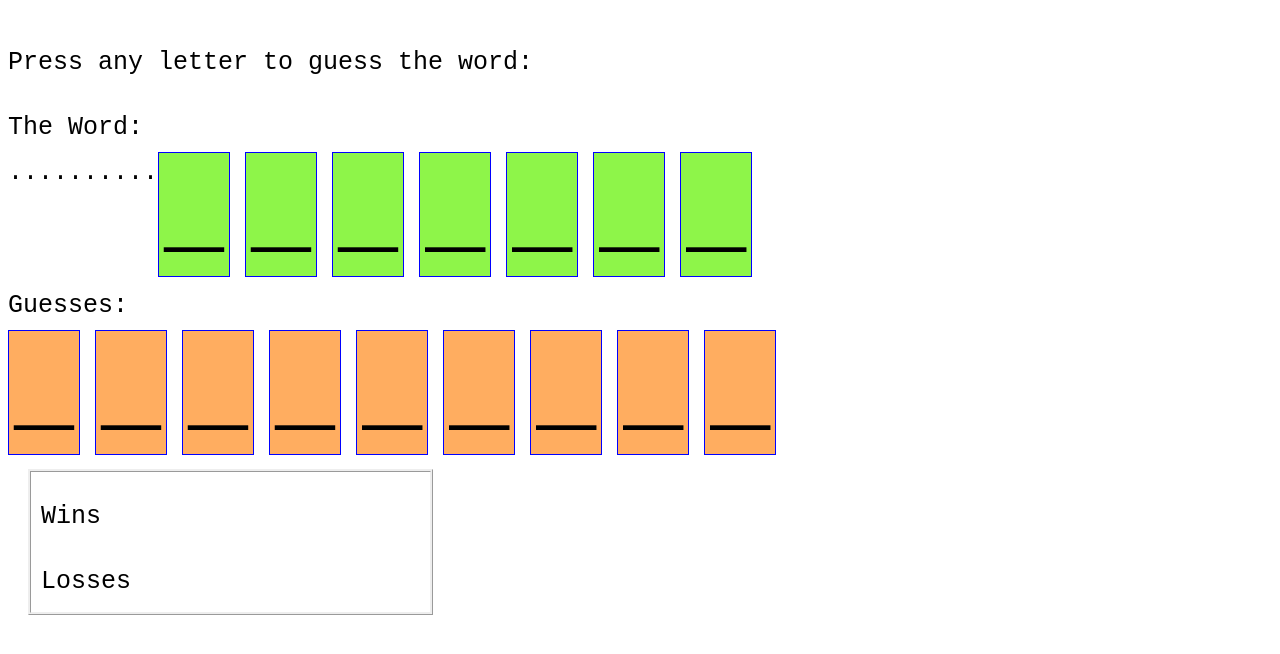
Repository: dsaftler/JavaScript
Page: index.html
The author's editor kept a copy of each file at every save. The page is drawn from the files as they stood at one save, then again after the next save.
The browser window is 1280 px wide. The pictures show the whole page.

Above is the page before, as saved 2019-03-30 22:53:42.

After the next save:
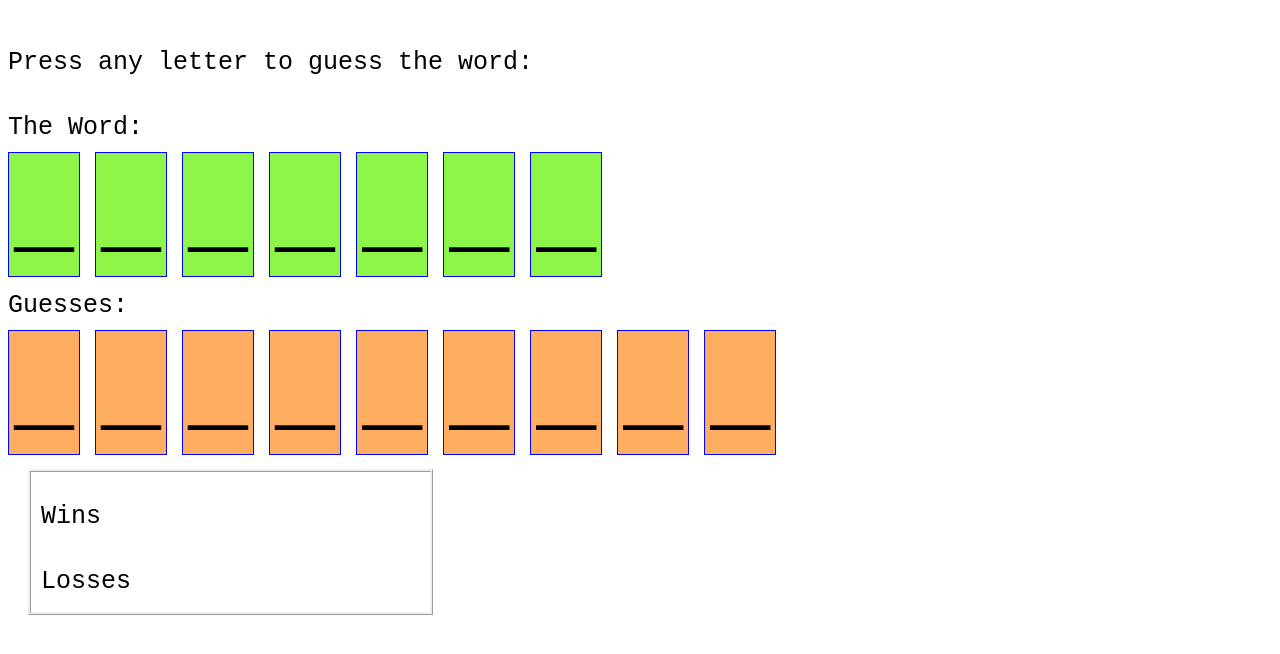
Saved 32 s later.
--- a/index.html
+++ b/index.html
@@ -14,7 +14,7 @@
         <div class="instructions showtext">Press any letter to guess the word: </div>
         <div width: 50%>
          <div class="word showtext">The Word:</div>
-         <div id="correctWord" class="floater">..........</div>
+         <div id="correctWord" class="floater"></div>
         </div>
 
          <div class="letter match" id="chr_0">_</div>
